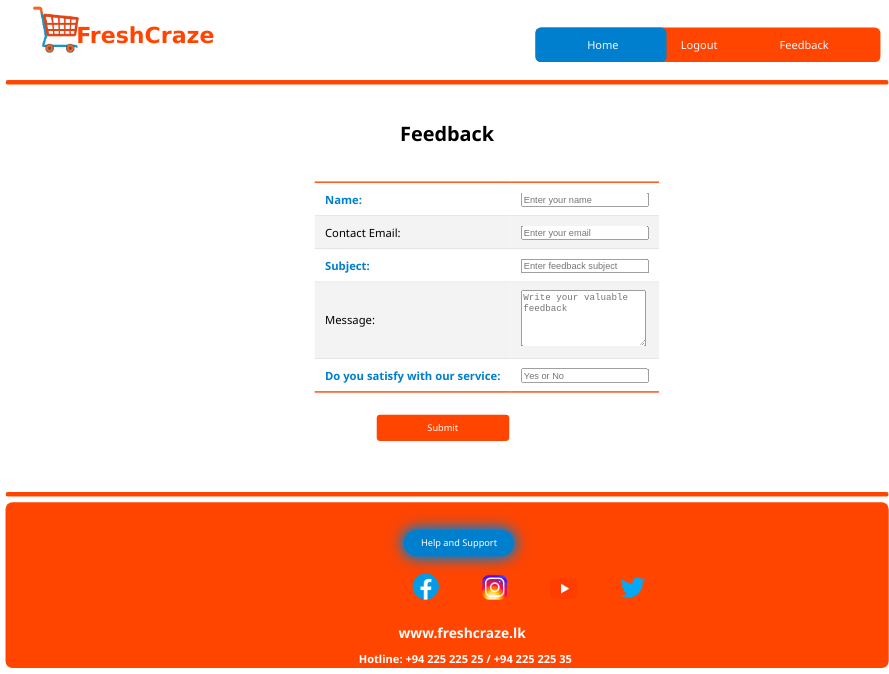
Repository: chamarac2002/FreshCraze
Page: http://localhost/CustomerDemo/feedback.jsp
An editor plug-in stored every save of this project. The page is shown before and after the next save, followed by the edit.
The browser window is 1280 px wide. The page is 1288 px wide, so the pictures cover 1288 px, including what lies to the right of the window. The pictures show the whole page, at 69% of full size.
The page is served by Tomcat 9. Nobody is signed in. The application's start-up code is not run.

Above is the page before, as saved 2024-05-11 16:42:05.

After the next save:
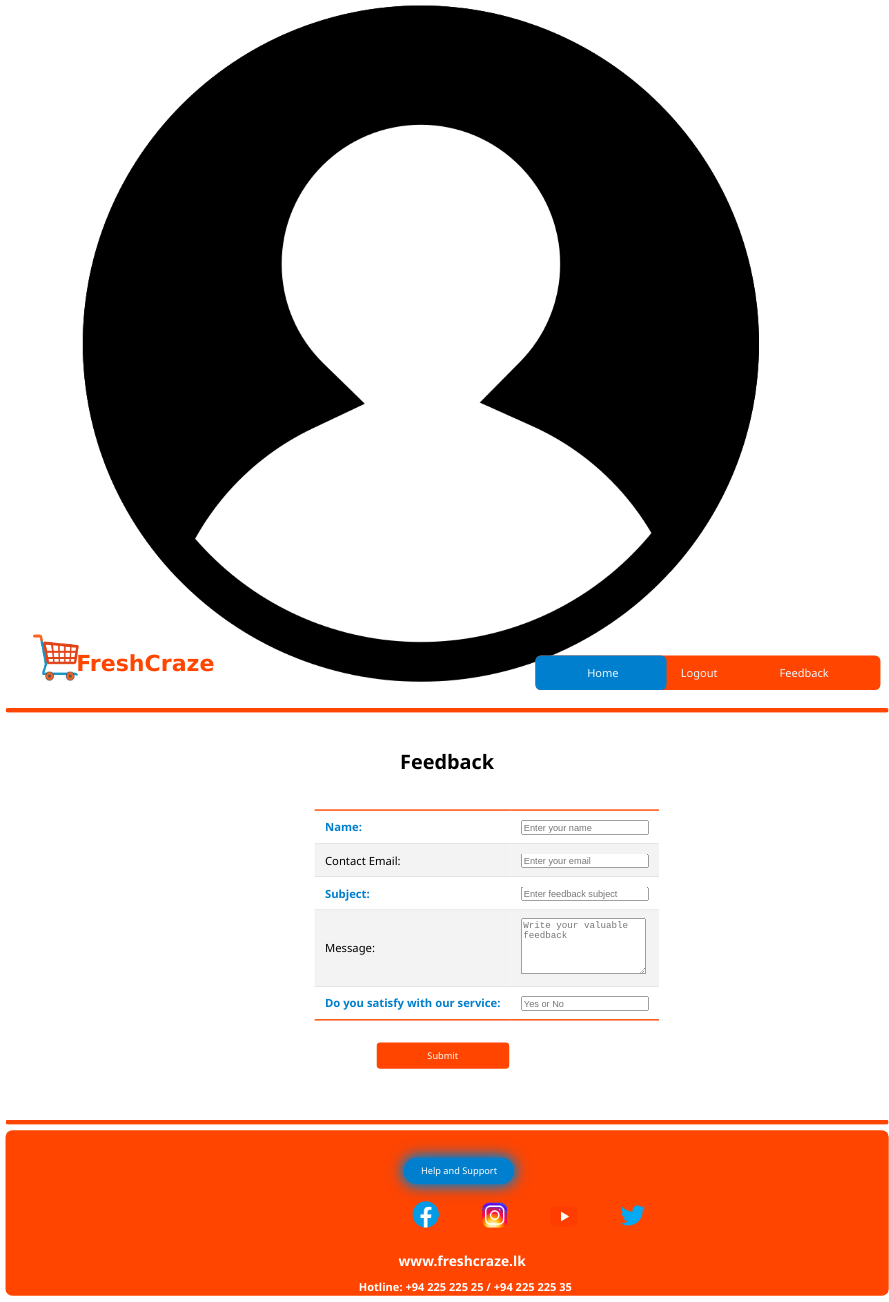
Saved 55 s later.
--- a/CustomerDemo/src/main/webapp/feedback.jsp
+++ b/CustomerDemo/src/main/webapp/feedback.jsp
@@ -14,6 +14,10 @@
 <body>
 
 <img src="images\logo.png" class="logo" >
+
+<a href="profile.jsp">
+<img src="images\user.png" class="user">
+</a>
 
     <h1 class="logo_topic">FreshCraze</h1>
 
